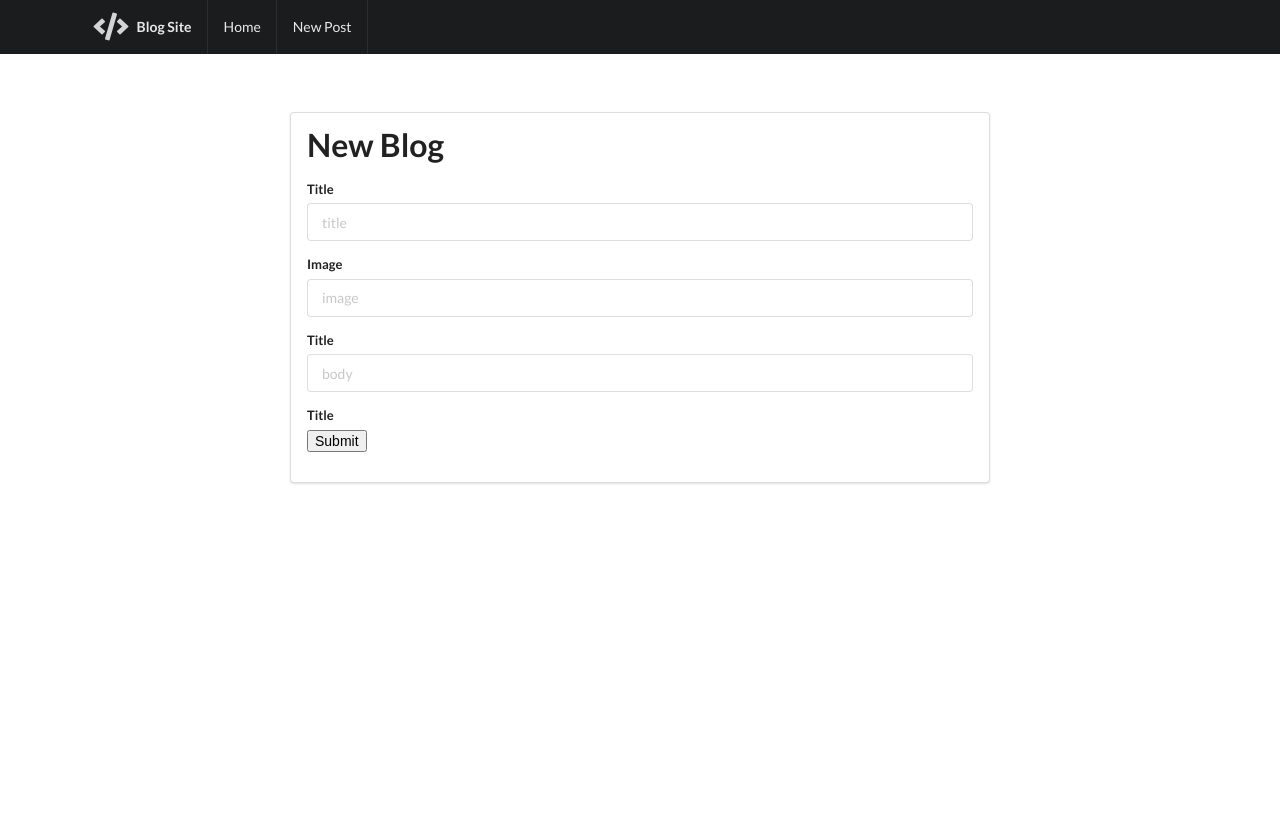
Repository: Bhitt/Cloud9_Projects
Page: http://localhost/blogs/new
The author's editor kept a record of every edit. The page is drawn from the files as they stood at one moment, then again after the next edit.
The browser window is 1280 px wide. The pictures show the whole page.
Some web libraries are served in a nearby version. The page is served by the project's Node server (RESTful Routing/RESTfulBlogApp/app.js).

Above is the page before.

After the next edit:
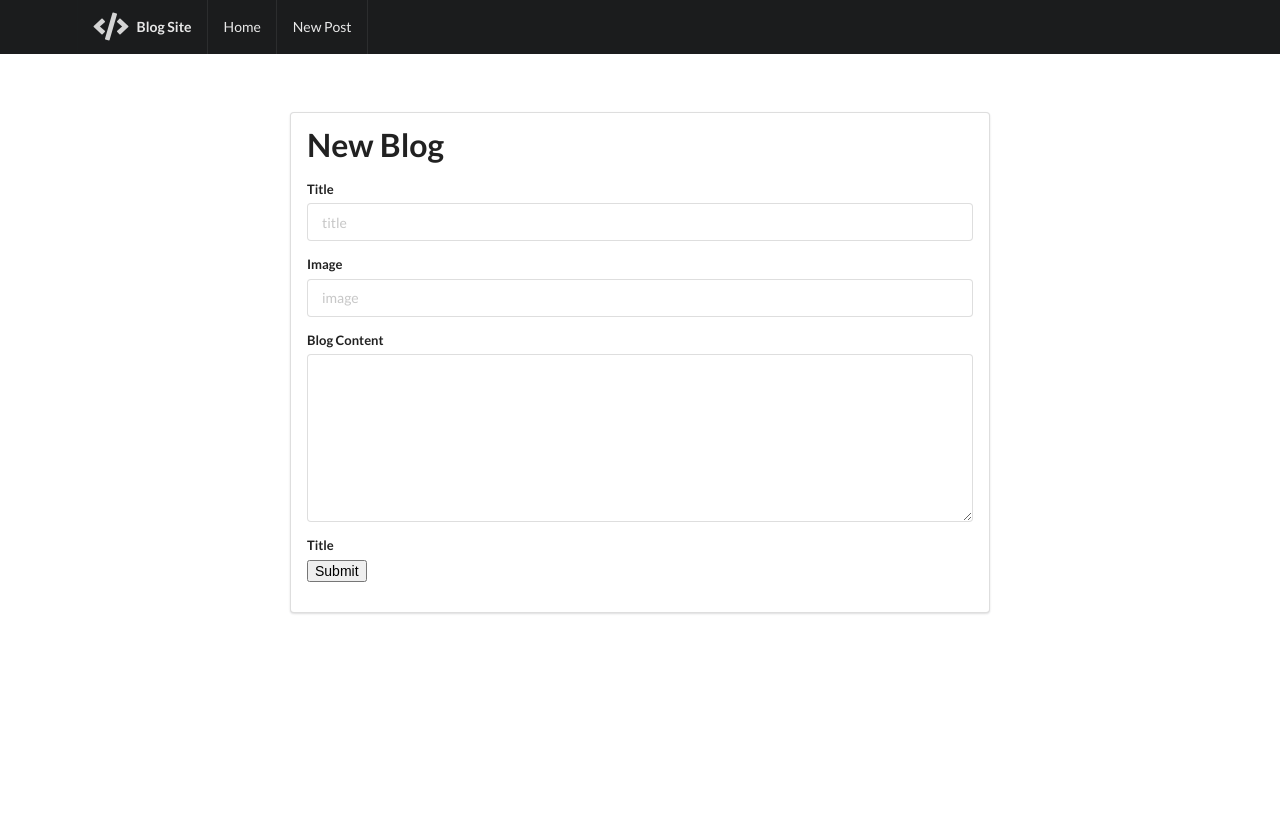
The edit:
--- a/webdevbootcamp/workspace/RESTful Routing/RESTfulBlogApp/views/new.ejs
+++ b/webdevbootcamp/workspace/RESTful Routing/RESTfulBlogApp/views/new.ejs
@@ -12,8 +12,8 @@
             <input type="text" name="blog[image]" placeholder="image">
         </div>
         <div class="field">
-            <label>Title</label>
-            <input type="text" name="blog[body]" placeholder="body">
+            <label>Blog Content</label>
+            <textarea name="blog[body]"></textarea>
         </div>
         <div class="field">
             <label>Title</label>
